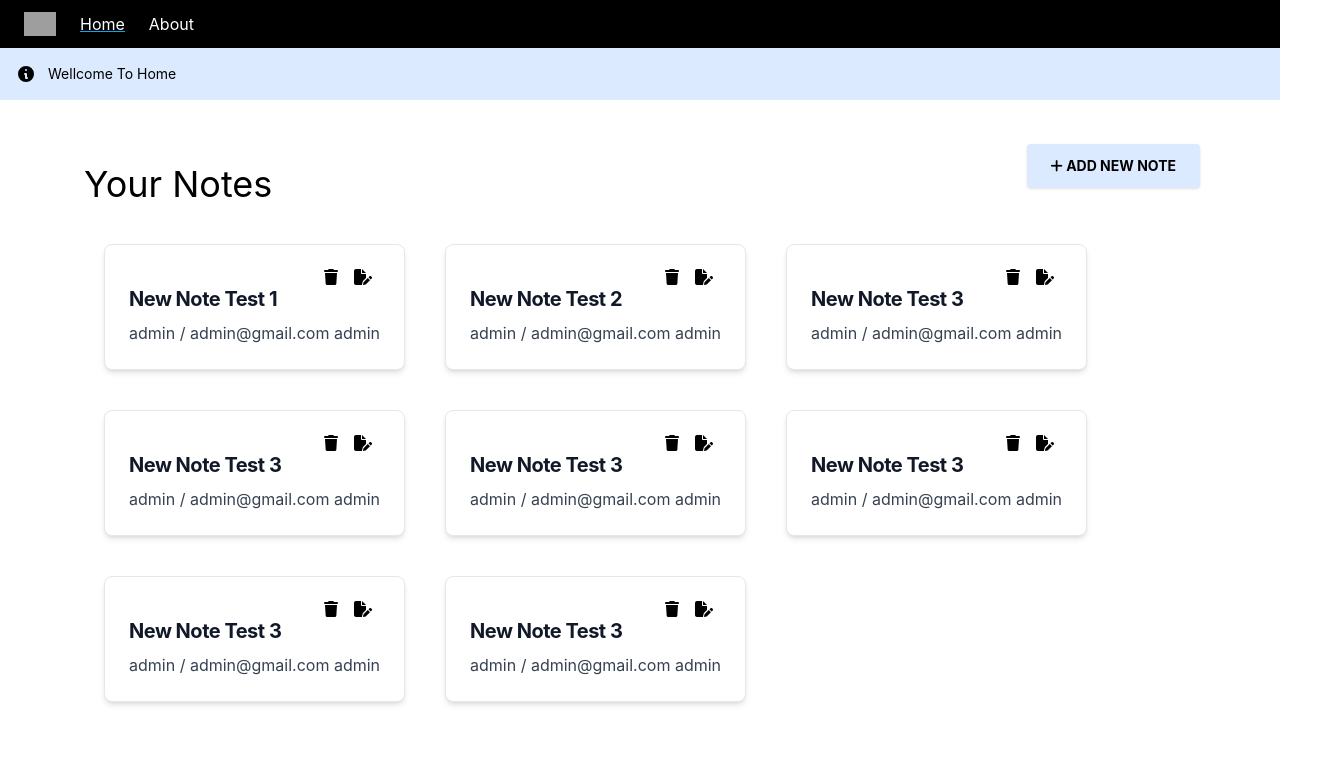
Repository: sonawaneteju4/iNote
Page: /
These files come from the project's save history. The page is drawn as it stood at one moment and after a run of saves; the edit follows.
The browser window is 1280 px wide. The page is 1324 px wide, so the pictures cover 1324 px, including what lies to the right of the window. The pictures show the whole page.
Pictures or frames that could not be fetched are drawn as grey boxes. Some web libraries are served in a nearby version. The project was rebuilt for these pictures with package versions that can differ from the ones it lists, and the page was loaded fresh each time. Also part of the build but not shown: src/components/AddNote.js, src/components/About.js.

Above is the page before, as saved 2022-10-11 11:11:45.

### public/index.html
<!DOCTYPE html>
<html lang="en">
  <head>
    <meta charset="utf-8" />
    <link rel="icon" href="%PUBLIC_URL%/favicon.ico" />
    <meta name="viewport" content="width=device-width, initial-scale=1" />
    <meta name="theme-color" content="#000000" />
    <meta
      name="description"
      content="Web site created using create-react-app"
    />
    <link rel="apple-touch-icon" href="%PUBLIC_URL%/logo192.png" />

    <link rel="manifest" href="%PUBLIC_URL%/manifest.json" />

    <title>iNote - Secured Notes On Cloud</title>
  </head>
  <body>
    <noscript>You need to enable JavaScript to run this app.</noscript>
    <script src="https://kit.fontawesome.com/61d960ae85.js" crossorigin="anonymous"></script>
    <div id="root"></div>
  </body>
</html>

### src/App.js
import "./App.css";
import { BrowserRouter, Routes, Route } from "react-router-dom";
import Navbar from "./components/Navbar";
import Home from "./components/Home";
import About from "./components/About";
import NoteState from "./context/notes/NoteState";
import Alert from "./components/Alert";

function App() {
  return (
    <>
      <NoteState>
        <BrowserRouter>
          <Navbar />
          <Alert message="Wellcome To Home"/>
          <div className="container m-11">

          <Routes>
            <Route exact path="/" element={<Home />}></Route>
            <Route exact path="/about" element={<About />}></Route>
          </Routes>
          </div>
        </BrowserRouter>
      </NoteState>
    </>
  );
}

export default App;

### src/App.css
.App {
  text-align: center;
}

.App-logo {
  height: 40vmin;
  pointer-events: none;
}

@media (prefers-reduced-motion: no-preference) {
  .App-logo {
    animation: App-logo-spin infinite 20s linear;
  }
}

.App-header {
  background-color: #282c34;
  min-height: 100vh;
  display: flex;
  flex-direction: column;
  align-items: center;
  justify-content: center;
  font-size: calc(10px + 2vmin);
  color: white;
}

.App-link {
  color: #61dafb;
}

@keyframes App-logo-spin {
  from {
    transform: rotate(0deg);
  }
  to {
    transform: rotate(360deg);
  }
}
i{cursor: pointer;

}

### src/components/Navbar.js
import React, {useEffect} from 'react'
import { Link, useLocation } from 'react-router-dom'

const Navbar = () => {
  let location = useLocation();
  useEffect(() => {
    console.log(location.pathname);
  }, [location])

  return (
    <nav className='flex bg-black text-white sticky top-0'>
        <ul className='flex m-3'>
            <li className='px-3'><Link to="/"><img alt="Logo" className='h-6' src='https://i.ibb.co/yyD6c8M/i-NOTE-3.png'></img></Link></li>
            <li className={`px-3  ${location.pathname==='/'? "underline decoration-sky-500": ""}`}><Link to="/">Home</Link></li>
            <li className={`px-3  ${location.pathname==='/about'? "underline decoration-sky-500": ""}`}><Link to="/about">About</Link></li>
        </ul>

    </nav>
  )
}

export default Navbar

### src/components/Home.js
import React from 'react'
// import NoteState from '../context/notes/NoteState';
import Notes from './Notes';

const Home = () => {

  return (
    <div className='mx-10'>
      <Notes />
    </div>

  )
}

export default Home

### src/context/notes/NoteState.js
import { useState } from 'react';
import NoteContext from './NoteContext';


const NoteState = (props) =>{
    const notesInitial = [
        {
          "_id": "6343f8ff5e6343bed4b7ddb5",
          "user": "63402d7553af99b0eef26534",
          "title": "New Note Test 1 ",
          "description": "admin / admin@gmail.com admin",
          "tag": "test",
          "date": "1665390388538",
          "__v": 0
        },
        {
          "_id": "6343f90f5e6343bed4b7ddb8",
          "user": "63402d7553af99b0eef26534",
          "title": "New Note Test 2 ",
          "description": "admin / admin@gmail.com admin",
          "tag": "test",
          "date": "1665390388538",
          "__v": 0
        },
        {
          "_id": "6343f9155e6343bed4b7ddba",
          "user": "63402d7553af99b0eef26534",
          "title": "New Note Test 3 ",
          "description": "admin / admin@gmail.com admin",
          "tag": "test",
          "date": "1665390388538",
          "__v": 0
        },
        {
            "_id": "6343f9155e6343bed4b7ddba",
            "user": "63402d7553af99b0eef26534",
            "title": "New Note Test 3 ",
            "description": "admin / admin@gmail.com admin",
            "tag": "test",
            "date": "1665390388538",
            "__v": 0
          },
          {
            "_id": "6343f9155e6343bed4b7ddba",
            "user": "63402d7553af99b0eef26534",
            "title": "New Note Test 3 ",
            "description": "admin / admin@gmail.com admin",
            "tag": "test",
            "date": "1665390388538",
            "__v": 0
          },
          {
            "_id": "6343f9155e6343bed4b7ddba",
            "user": "63402d7553af99b0eef26534",
            "title": "New Note Test 3 ",
            "description": "admin / admin@gmail.com admin",
            "tag": "test",
            "date": "1665390388538",
            "__v": 0
          },
          {
            "_id": "6343f9155e6343bed4b7ddba",
            "user": "63402d7553af99b0eef26534",
            "title": "New Note Test 3 ",
            "description": "admin / admin@gmail.com admin",
            "tag": "test",
            "date": "1665390388538",
            "__v": 0
          },
          {
            "_id": "6343f9155e6343bed4b7ddba",
            "user": "63402d7553af99b0eef26534",
            "title": "New Note Test 3 ",
            "description": "admin / admin@gmail.com admin",
            "tag": "test",
            "date": "1665390388538",
            "__v": 0
          }
      ]
      const [notes, setNotes] = useState(notesInitial)

      //Add a Note
      const addNote = (title, description,tag)=>{
        const note = {
          "_id": "6343f9155e6343bed4b7ddba",
          "user": "63402d7553af99b0eef26534",
          "title": title,
          "description": description,
          "tag": tag,
          "date": "1665390388538",
          "__v": 0
        };
        setNotes(notes.concat(note))
      }

      // Delete a Note
      const deleteNote = (id)=>{
        console.log(id)
        const newNotes = notes.filter((note)=>{return note._id!==id})
        setNotes(newNotes)
      }

      //Edit a Note
const editNote = (id, title, description,tag)=>{

}

    return(

        <NoteContext.Provider value={{notes, notesInitial, addNote ,deleteNote ,editNote }}>
            {props.children}
        </NoteContext.Provider>
            )
}

export default NoteState;

### src/components/Alert.js
import React from 'react'

const Alert = (props) => {
  return (
    <div className=''>
      <div className="flex p-4 mb-4 text-sm bg-blue-100 rounded-lgz text-black " role="alert">
  <svg aria-hidden="true" className="flex-shrink-0 inline w-5 h-5 mr-3" fill="currentColor" viewBox="0 0 20 20" xmlns="http://www.w3.org/2000/svg"><path fill-rule="evenodd" d="M18 10a8 8 0 11-16 0 8 8 0 0116 0zm-7-4a1 1 0 11-2 0 1 1 0 012 0zM9 9a1 1 0 000 2v3a1 1 0 001 1h1a1 1 0 100-2v-3a1 1 0 00-1-1H9z" clip-rule="evenodd"></path></svg>
  {props.message}
  </div>
    </div>
  )
}

export default Alert

### src/components/Notes.js
import React, {useContext } from 'react'
import NoteContext from '../context/notes/NoteContext';
import AddNote from './AddNote';
import NoteItem from './NoteItem';


const Notes = () => {
    const context = useContext(NoteContext);
    const [showModal, setShowModal] = React.useState(false);
    const {notes, addNote} = context
  return (
    <div>
<div className='flex flex-row justify-between'>
      <h1 className='py-5 text-4xl'>Your Notes</h1>
      <div className='mx-20'>

      <button
        className="bg-blue-100  text-black active:bg-pink-600 font-bold uppercase text-sm px-6 py-3 rounded shadow hover:shadow-lg outline-none focus:outline-none mr-1 mb-1 ease-linear transition-all duration-150"
        type="button"
        onClick={() => setShowModal(true)}
        >
      <span  className=''>
      <i class="fa-solid fa-plus"></i>   Add New Note
      </span>
      </button>
          </div>
      {showModal ? (
        <>
          <div
            className="justify-center items-center flex overflow-x-hidden overflow-y-auto fixed inset-0 z-50 outline-none focus:outline-none"
            >
            <div className="relative w-auto my-6 mx-auto max-w-3xl">
              {/*content*/}
              <div className="border-0 rounded-lg shadow-lg relative flex flex-col w-full bg-white outline-none focus:outline-none">
                {/*header*/}
                <div className="flex  items-start justify-between p-5 border-b border-solid border-slate-200 rounded-t">
                  <h3 className="text-3xl font-semibold">
                    Create New Note
                  </h3>
                  <button
                    className="p-1 ml-auto bg-transparent border-0 text-black opacity-5 float-right text-3xl leading-none font-semibold outline-none focus:outline-none"
                    onClick={() => setShowModal(false)}
                    >
                    <span className="bg-transparent text-black opacity-5 h-6 w-6 text-2xl block outline-none focus:outline-none">

                    </span>
                  </button>
                </div>
                {/*body*/}
                    <div className='m-5 p-5'>

                    <AddNote/>
                    </div>
                {/*footer*/}
                <div className="flex items-center justify-end p-6 border-t border-solid border-slate-200 rounded-b">
                  <button
                    className="text-red-500 background-transparent font-bold uppercase px-6 py-2 text-sm outline-none focus:outline-none mr-1 mb-1 ease-linear transition-all duration-150"
                    type="button"
                    onClick={() => setShowModal(false)}
                    >
                    Close
                  </button>
                </div>
              </div>
            </div>
          </div>
          <div className="opacity-25 fixed inset-0 z-40 bg-black"></div>
        </>
      ) : null}
      </div>


    <div className='flex flex-wrap'>
        {notes.map((note)=>{
            return <NoteItem key={note._id} note={note}/>;
        })}
    </div>
        </div>
  )
}

export default Notes

### src/components/NoteItem.js
import React, { useContext } from "react";
import NoteContext from '../context/notes/NoteContext';


const NoteItem = (props) => {
 const context = useContext(NoteContext)
  const {deleteNote} = context;
  const { note } = props;
  return (
    <div className="p-5">
      <div class="p-6 max-w-sm bg-white rounded-lg border border-gray-200 shadow-md hover:bg-gray-100">
        <div className="flex item-start justify-end">
          <i class="fa-solid fa-trash mx-2" onClick={()=>{deleteNote(note._id)}}></i>
          <i class="fa-solid fa-file-pen mx-2"></i>
        </div>
          <h5 class="mb-2 text-xl font-bold tracking-tight text-gray-900">
            {note.title}
          </h5>
        <p class="font-normal text-gray-700"> {note.description}</p>
      </div>
    </div>
  );
};

export default NoteItem;

Loaded but not shown: src/index.js (common file); src/index.css (common file); src/context/notes/NoteContext.js (common file); tailwind.config.js (common file)

After the next 2 saves:
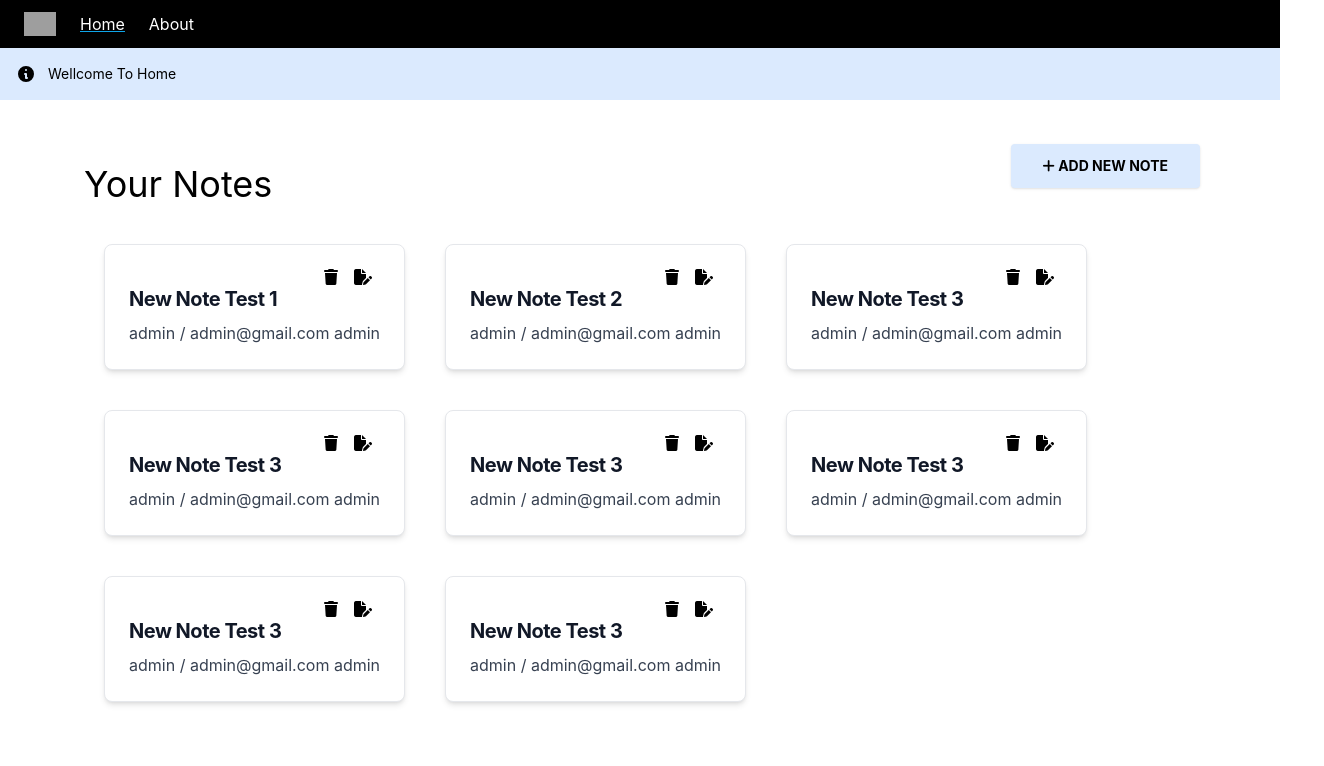
The 2 saves are shown as one change because they came seconds apart.
The last was saved 7 s later.
--- a/src/components/Notes.js
+++ b/src/components/Notes.js
@@ -19,7 +19,7 @@
         type="button"
         onClick={() => setShowModal(true)}
         >
-      <span  className=''>
+      <span  className='px-2'>
       <i class="fa-solid fa-plus"></i>   Add New Note
       </span>
       </button>

After the save that followed:
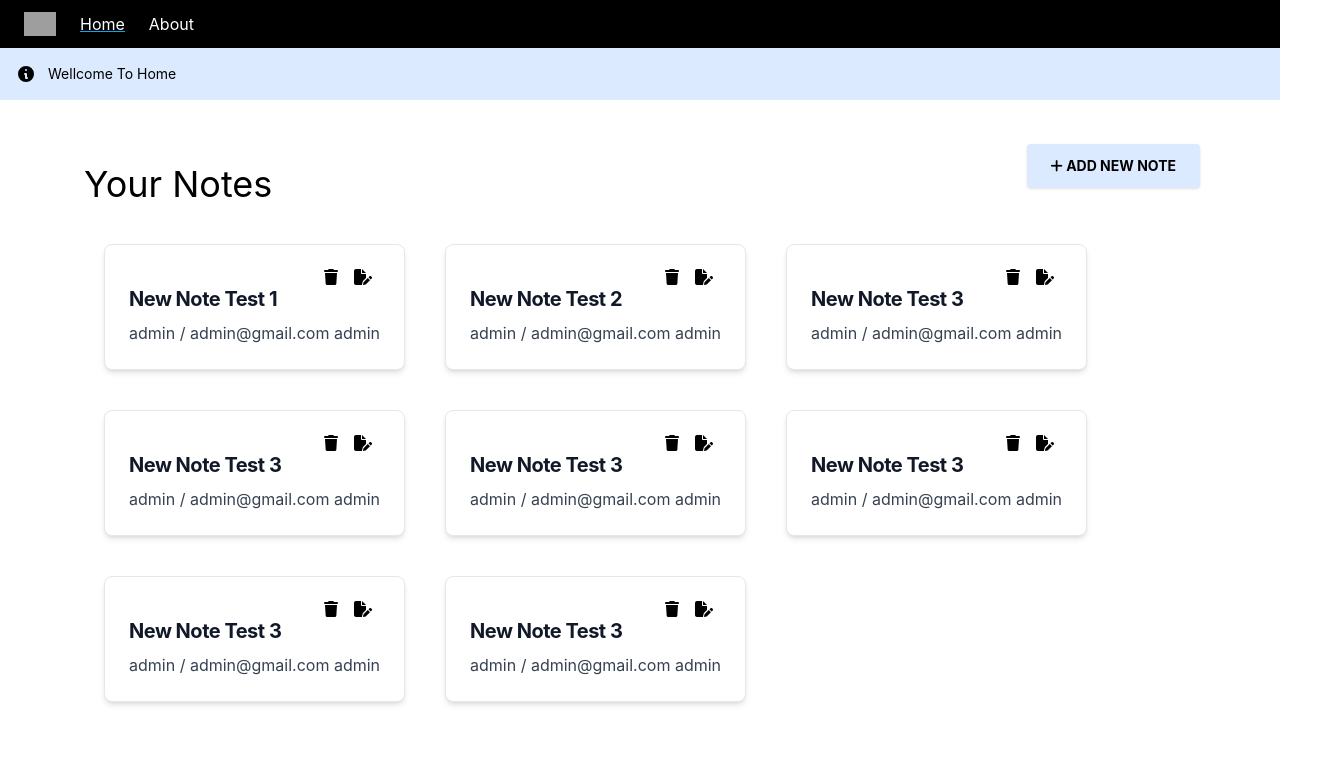
Saved 10 s later.
--- a/src/components/Notes.js
+++ b/src/components/Notes.js
@@ -19,7 +19,7 @@
         type="button"
         onClick={() => setShowModal(true)}
         >
-      <span  className='px-2'>
+      <span  className=''>
       <i class="fa-solid fa-plus"></i>   Add New Note
       </span>
       </button>
